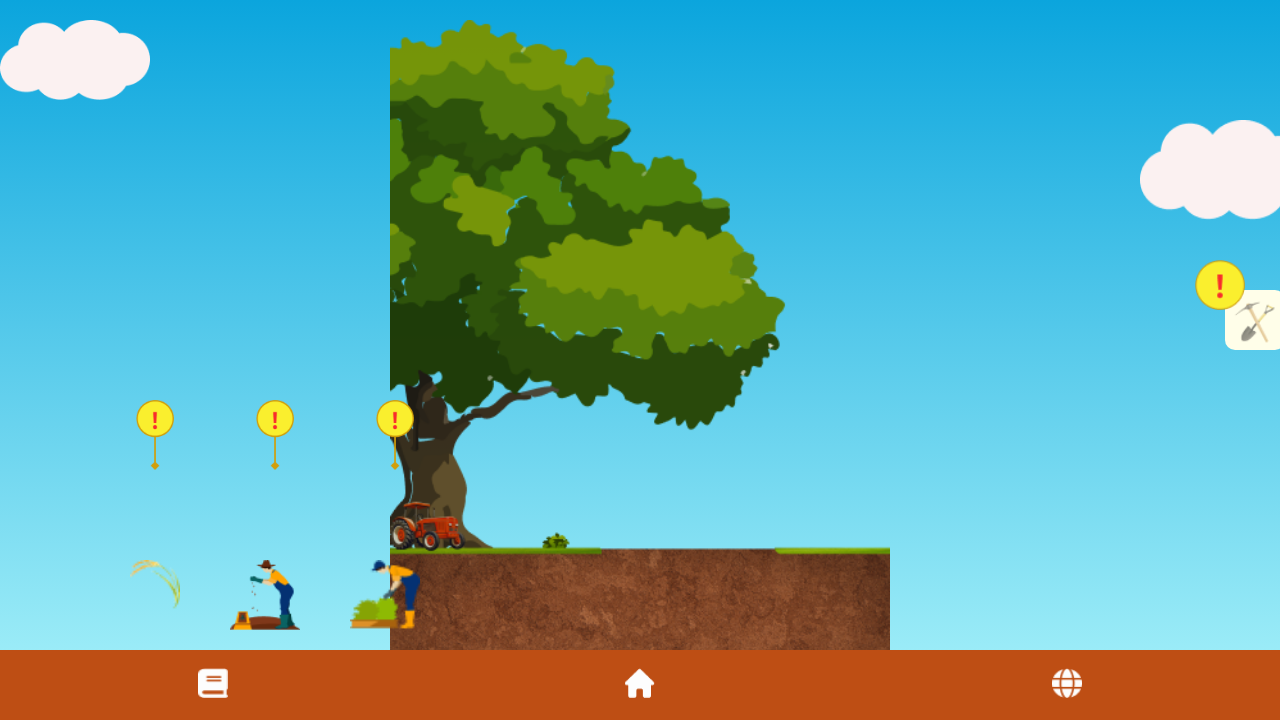
Repository: kobuchisouta/kome-app
Page: /
An editor plug-in stored every save of this project. The page is shown before and after the next save, followed by the edit.
The browser window is 1280 px wide. The pictures show the whole page.
The project was rebuilt for these pictures with package versions that can differ from the ones it lists, and the page was loaded fresh each time. The framework's server and built-in components were replaced by stand-ins that run in the browser. Also part of the build but not shown: next.config.ts.

Above is the page before, as saved 2025-01-29 11:16:44.

After the next save:
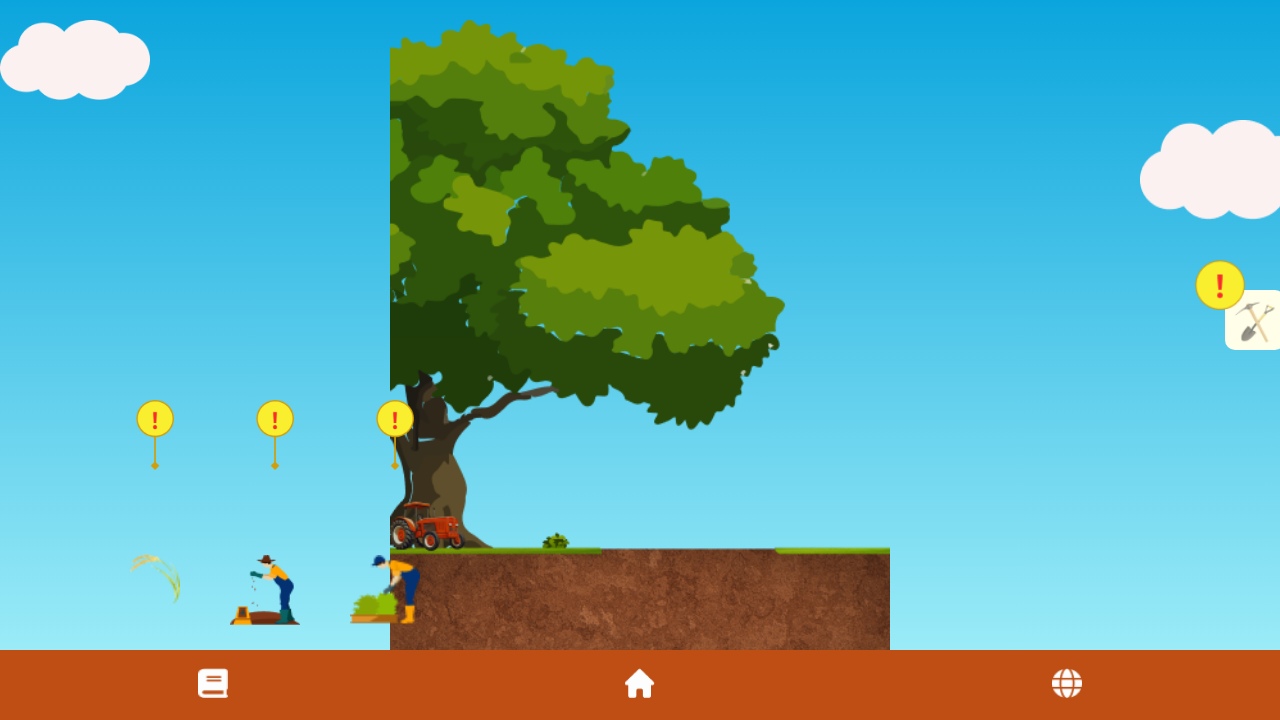
Saved 6 s later.
--- a/src/app/page.module.css
+++ b/src/app/page.module.css
@@ -51,7 +51,7 @@
 		position: relative;
 		display: flex;
 		gap: 50px;
-		top: 560px;
+		top: 555px;
 		left: 130px;
 	}
 
